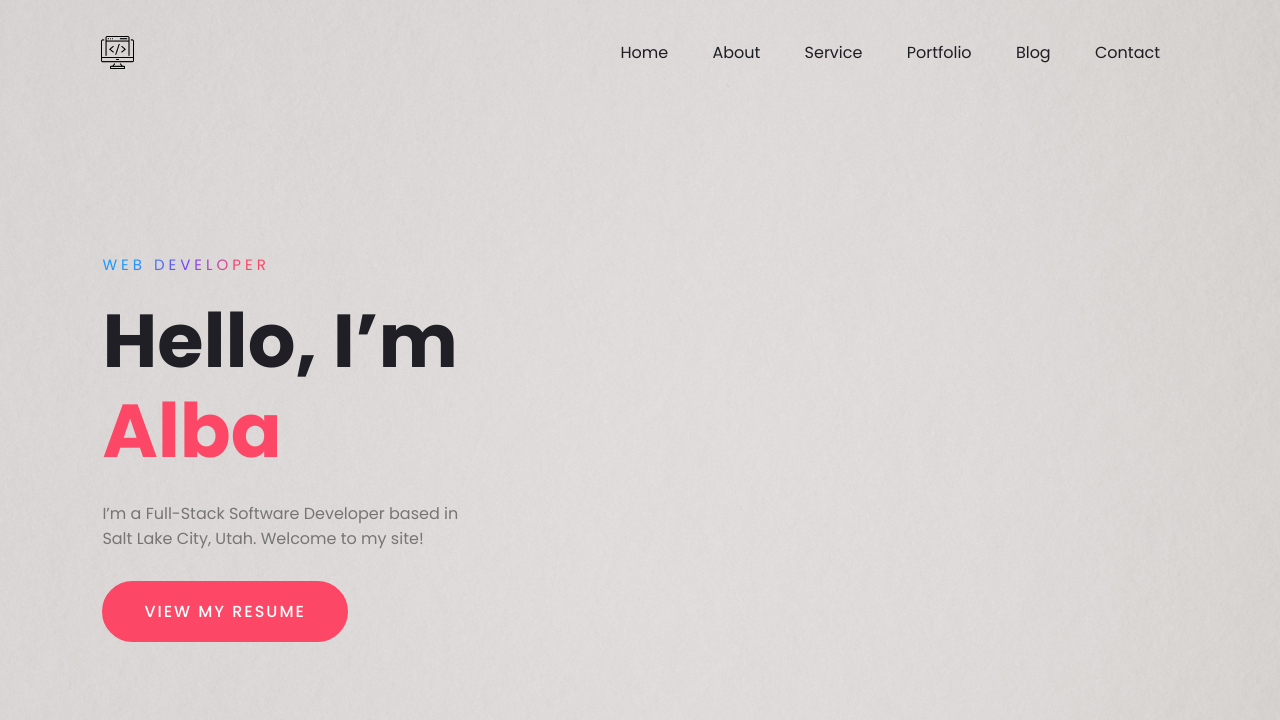
Repository: pilar122/port
Page: index.html
The author's editor kept a copy of each file at every save. The page is drawn from the files as they stood at one save, then again after the next save.
The browser window is 1280 px wide. The pictures show the whole page.

Above is the page before, as saved 2022-01-29 15:44:33.

### index.html
<!DOCTYPE html>
<html lang="en">
<head>
    <meta charset="UTF-8">
    <title>Personal Portfolio Website</title>
    <!----CSS link----->
    <link rel="stylesheet" href="style.css">
</head>
<body>
    <div class="hero">
        <nav>
            <img src="./img/coding.png" class="logo">
            <ul>
                <li><a href="#">Home</a></li>
                <li><a href="#">About</a></li>
                <li><a href="#">Service</a></li>
                <li><a href="#">Portfolio</a></li>
                <li><a href="#">Blog</a></li>
                <li><a href="#">Contact</a></li>
            </ul>

        </nav>
        <div class="content">

            <span class="title">Web Developer</span>
            <h1>Hello, I’m <span>Alba</span></h1>
            <p>I’m a Full-Stack Software Developer based in Salt Lake City, Utah. Welcome to my site!</p>
            <a href="https://docs.google.com/document/d/1-5NqQs53X55snoyWaPBF-iuk-xL4VE2I0psmDuApD5Q/edit?usp=sharing" class="btn"> View my Resume</a>
        </div>
    </div>
</body>
</html>

### style.css
@import url('https://fonts.googleapis.com/css2?family=Poppins:wght@400;500;600;700&display=swap');
*{
    margin: 0;
    padding: 0;
    box-sizing: border-box;
    font-family: 'Poppins', sans-serif;
}
a{
    text-decoration: none;
}
.hero{
    width: 100%;
    height: 100vh;
    background: url(img/bg1.jpg);
    background-size: cover;
}
nav{
    display: flex;
    align-items: center;
    justify-content: space-between;
    padding: 30px 100px;
}
.logo{
    max-height: 35px;
}
nav ul li{
    list-style: none;
    display: inline-block;
    padding: 10px 20px;
}
nav ul li a{
    color: #1d1d24;
    position: relative;
    padding: 5px 0;
}
nav ul li a:hover{
    color: #fd4766;
}
nav ul li a:after{
    content: "";
    position: absolute;
    left: 0;
    width: 0;
    height: 3px;
    background: #fd4766;
    transition: .3s;
    bottom: 0;
}
nav ul li a:hover:after{
    width: 100%;
}
.btn{
    color: #fff;
    font-size: 16px;
    text-transform: uppercase;
    letter-spacing: 2px;
    padding: 16px 40px;
    border-radius: 500px;
    display: inline-block;
    font-weight: 500;
    transition: all .4s ease-in-out;
    background-size: 152% 100%;
    background: #fd4766;
    border: 2px solid #fd4766;
}
.btn:hover{
    background: transparent;
    border-color: #fd4766;
    color: #fd4766;
}
.content{
    position: absolute;
    top: 35%;
    left: 8%;
}
.content .title{
    color: #1f1f25;
    font-size: 15px;
    text-transform: uppercase;
    letter-spacing: 4px;
    display: inline-block;
    margin-bottom: 20px;
    background: linear-gradient(120deg, #1c99fe 20.69%, #7644ff 50.19%,#fd4766 79.69%);
    -webkit-background-clip: text;
    -webkit-text-fill-color: transparent;
}
.content h1{
    color: #1f1f25;
    font-size: 75px;
    font-weight: 900;
    line-height: 90px;
    text-transform: inherit;
    width: 70%;
}
.content h1 span{
    color: #fd4766;
}
.content p{
    width: 55%;
    color: #757575;
    margin-top: 25px;
    margin-bottom: 30px;
}

After the next save:
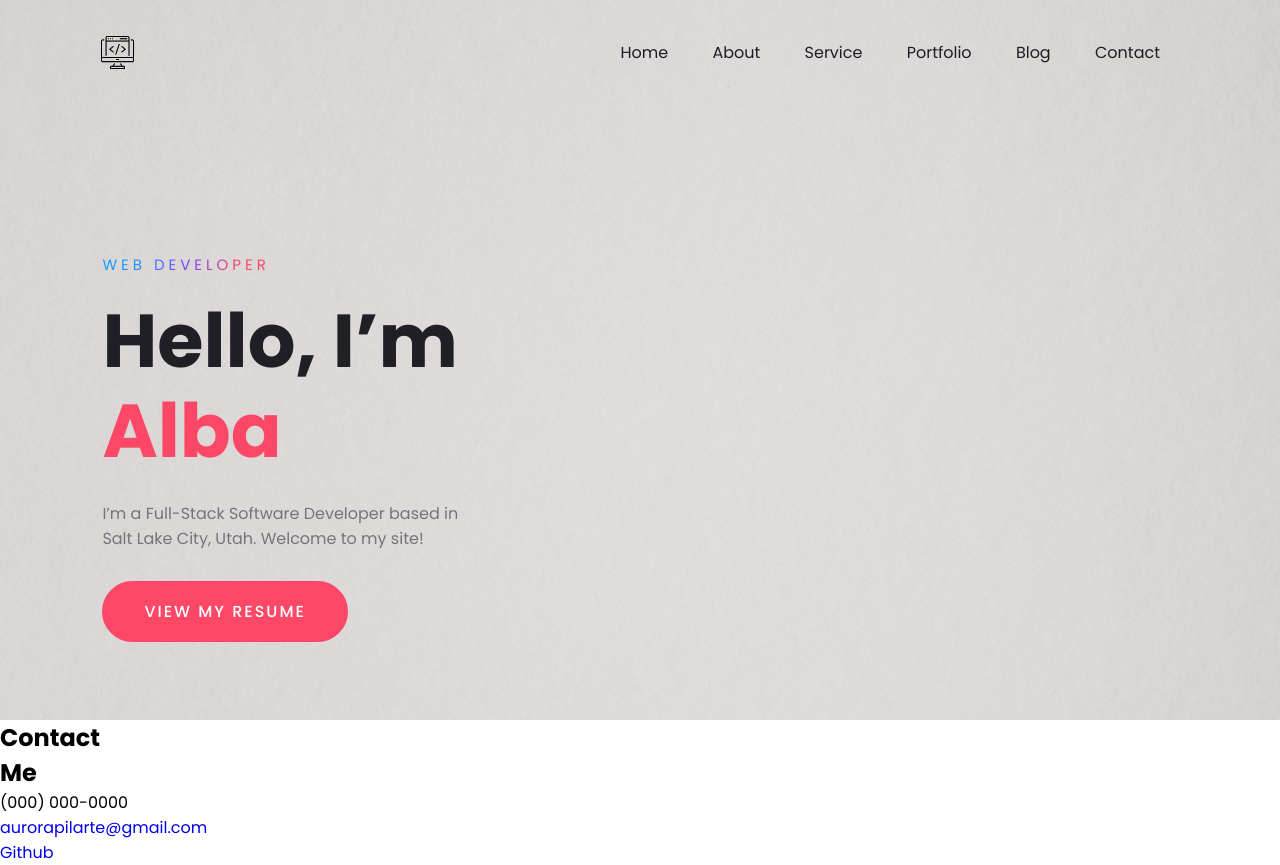
Saved 5 min 11 s later.
--- a/index.html
+++ b/index.html
@@ -21,12 +21,24 @@
 
         </nav>
         <div class="content">
-
             <span class="title">Web Developer</span>
             <h1>Hello, I’m <span>Alba</span></h1>
             <p>I’m a Full-Stack Software Developer based in Salt Lake City, Utah. Welcome to my site!</p>
             <a href="https://docs.google.com/document/d/1-5NqQs53X55snoyWaPBF-iuk-xL4VE2I0psmDuApD5Q/edit?usp=sharing" class="btn"> View my Resume</a>
         </div>
     </div>
+    <section class="contact-me">
+        <div class="section-title" id="contact-me">
+            <h2>Contact <br> Me</h2>
+        </div>
+
+        <div class="text">
+            <ul>
+                <li>(000) 000-0000</li>
+                <li><a href="mailto:aurorapilarte@gmail.com">aurorapilarte@gmail.com</a></li>
+                <li><a href="https://github.com/pilar122/" target="_blank">Github</a></li>
+            </ul>
+        </div>
+    </section>
 </body>
 </html>
